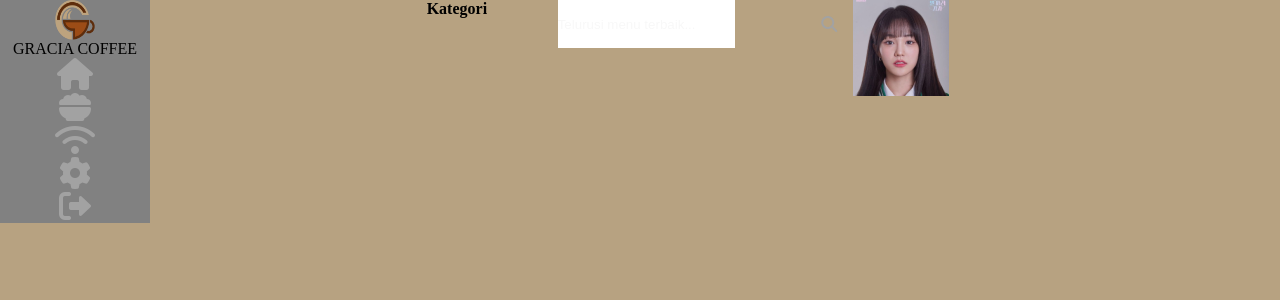
Repository: DanielChuaaa/sbd2
Page: index.html
These files come from the project's save history. The page is drawn as it stood at one moment and after the next save; the edit follows.
The browser window is 1280 px wide. The pictures show the whole page.
Some web libraries are served in a nearby version.

Above is the page before, as saved 2023-10-20 10:17:42.

### index.html
<!DOCTYPE html>
<html lang="en">
<head>
    <meta charset="UTF-8">
    <meta name="viewport" content="width=device-width, initial-scale=1.0">
    <title>Document</title>
    <link href="https://fonts.googleapis.com/css2?family=Roboto+Mono:wght@400;600;700&display=swap" rel="stylesheet" />
    <link
      rel="stylesheet"
      href="https://cdnjs.cloudflare.com/ajax/libs/font-awesome/6.1.2/css/all.min.css"
      integrity="sha512-1sCRPdkRXhBV2PBLUdRb4tMg1w2YPf37qatUFeS7zlBy7jJI8Lf4VHwWfZZfpXtYSLy85pkm9GaYVYMfw5BC1A=="
      crossorigin="anonymous"
      referrerpolicy="no-referrer"
    />
    <link rel="stylesheet" href="style.css">
</head>
<body>
    <div class="container">
        <div class="grid-wrapper">
            <div class="icon">
                <img src="/assets/logo projek SBD 1.png" width="40px" height="40px" alt="logo">
                <p>GRACIA COFFEE</p>
                <a href="#"><i class="fa-solid fa-house fa-2xl"></i></a>
                <a href="#"><i class="fa-solid fa-bowl-food fa-2xl"></i></a>
                <a href="#"><i class="fa-solid fa-wifi fa-2xl"></i></a>
                <a href="#"><i class="fa-solid fa-gear fa-2xl"></i></a>
                <a href="#"><i class="fa-solid fa-right-from-bracket fa-2xl"></i></a>
            </div>

            <div class="content">
                <div class="nav">
                    <h4>Kategori</h4>
                    <input type="text" name="text" id="text" class="input" placeholder="Telurusi menu terbaik...">
                    <i class="fa-solid fa-magnifying-glass"></i>
                </div>

                <div class="menu"></div>
            </div>

            <div class="order">
                <img src="/assets/g_8___8_idola_cantik_berbakat_alumni_sm_entertainment_yang_sudah_debut_di_girlgroup_agensi_lain_p_eks_sm_trainee-20220408-001-non_fotografer_kly 1.png" alt="">
            </div>
        </div>
    </div>
</body>
</html>

### style.css
:root{
    --clr-primary-100: #B7A281;

    --clr-neutral-100: #818181;
    --clr-neutral-200: #A2A2A2;
    --clr-neutral-300: #D9D9D9;
    --clr-neutral-400: #F8F8F8;
    --clr-neutral-500:  #f1f1f1;

    --ff: "Roboto Mono", monospace;

    --fw-regular: 400;
    --fw-semi-bold: 600;
    --fw-bold: 700;
}

*{
    box-sizing: border-box;
    margin: 0;
    padding: 0;
}

body{
    background-color: #B7A281;
}

.grid-wrapper{
    display: grid;
    grid-template-columns: 1fr 1fr 1fr;
}

.icon{
    background: var(--clr-neutral-100);

    display: flex;
    flex-direction: column;
    justify-content: space-evenly;
    align-items: center;
    max-width: 150px;
}

.fa-solid{
    color: var(--clr-neutral-200);
    padding: 1rem;
}

.nav{
    display: flex;
    justify-content: space-between;
}

.input{
    border: none;

}

::placeholder{
    color: var(--clr-neutral-400);
}

After the next save:
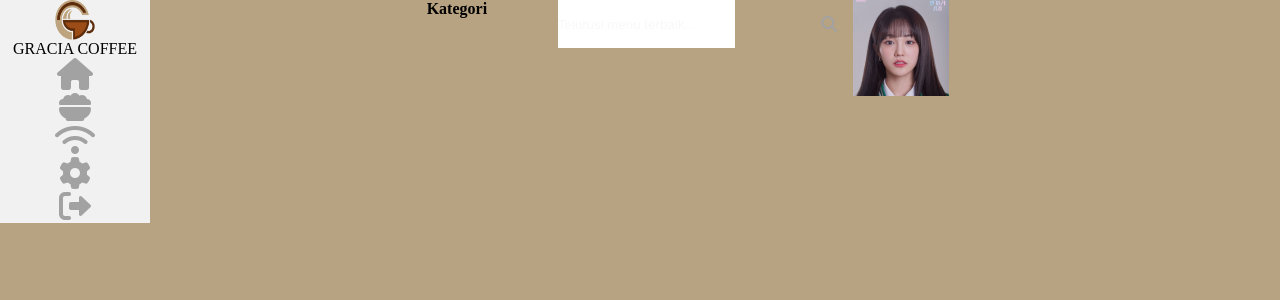
Saved 6 s later.
--- a/style.css
+++ b/style.css
@@ -30,7 +30,7 @@ body{
 }
 
 .icon{
-    background: var(--clr-neutral-100);
+    background: var(--clr-neutral-500);
 
     display: flex;
     flex-direction: column;
